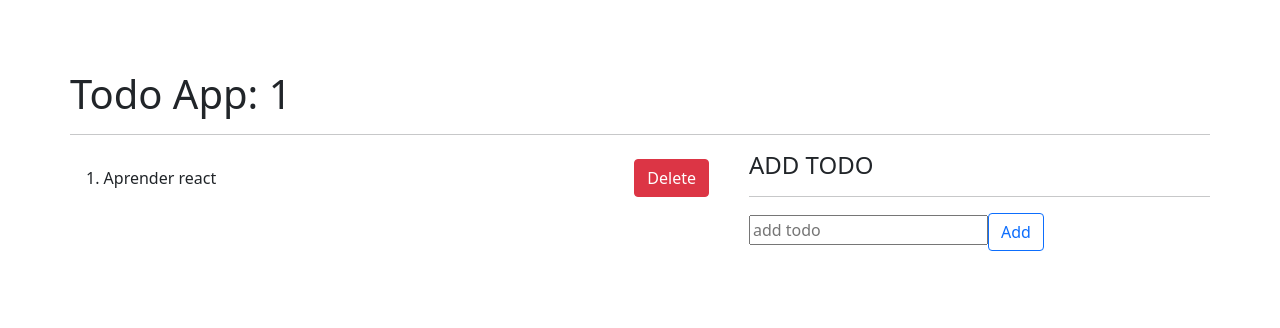
Repository: ppfeliuu/hooks-app
Page: /
The author's editor kept a copy of each file at every save. The page is drawn from the files as they stood at one save, then again after the next save.
The browser window is 1280 px wide. The pictures show the whole page.
The project was rebuilt for these pictures with package versions that can differ from the ones it lists, and the page was loaded fresh each time.

Above is the page before, as saved 2021-05-30 09:37:12.

After the next save:
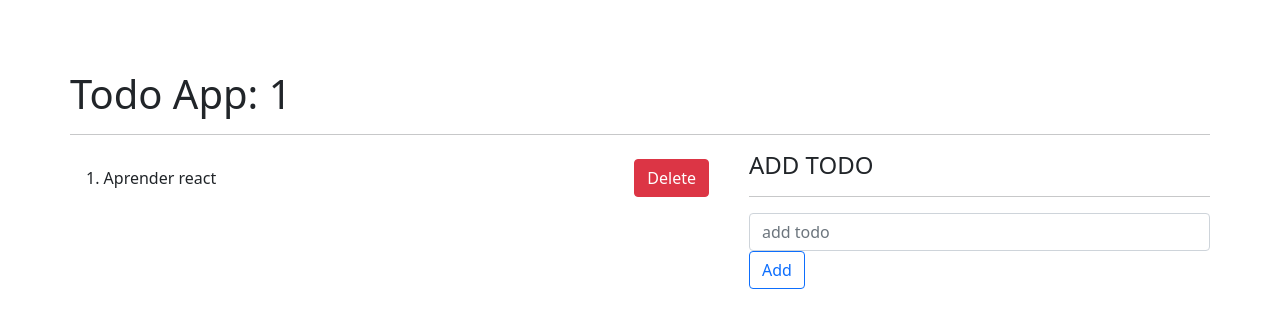
Saved 25 s later.
--- a/src/components/08-useReducer/TodoApp.js
+++ b/src/components/08-useReducer/TodoApp.js
@@ -43,6 +43,7 @@ export const TodoApp = () => {
             <input
               type="text"
               name="description"
+              className="form-control"
               placeholder="add todo"
               autoComplete="off"
             />
